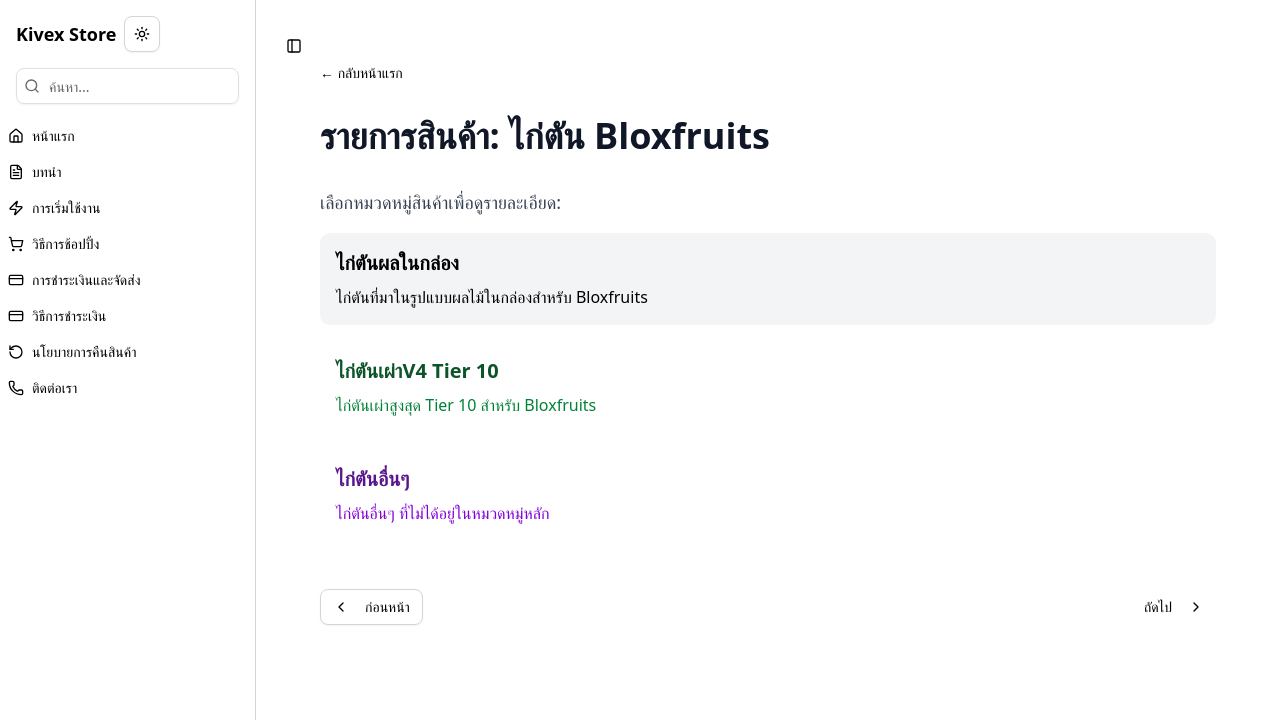
Repository: NUTellaVING/kivexdoc
Page: /shopping-methods
An editor plug-in stored every save of this project. The page is shown before and after a run of saves, followed by the edit.
The browser window is 1280 px wide. The pictures show the whole page.
The project was rebuilt for these pictures with package versions that can differ from the ones it lists, and the page was loaded fresh each time. The framework's server and built-in components were replaced by stand-ins that run in the browser. Also part of the build but not shown: next.config.ts, components/ui/separator.tsx, components/ui/skeleton.tsx. Imported but missing from the stored project, and not drawn on this page: components/ui/sheet.

Above is the page before, as saved 2025-12-06 16:18:46.

After the next 3 saves:
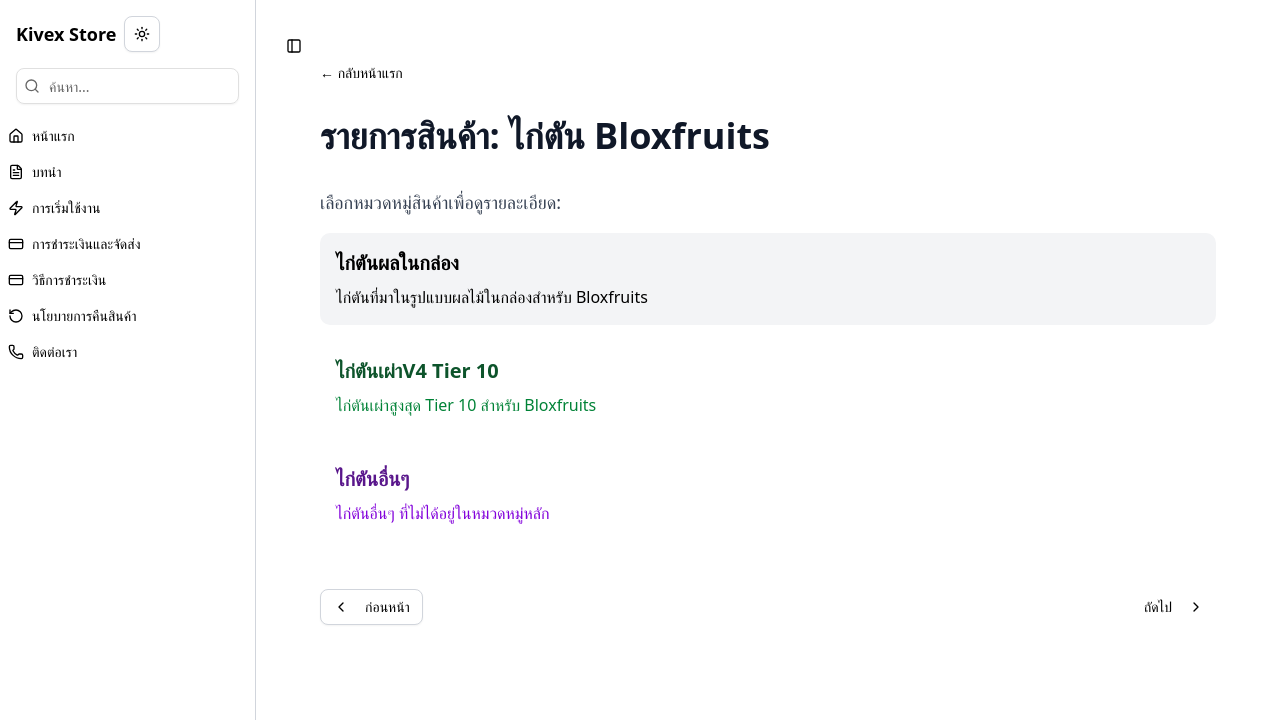
The 3 saves are shown as one change because they came seconds apart.
The last was saved 48 s later.
--- a/components/app-sidebar.tsx
+++ b/components/app-sidebar.tsx
@@ -1,14 +1,21 @@
 "use client"
 
-import { Search, FileText, Zap, ShoppingCart, CreditCard, RotateCcw, Mail, Phone, MessageSquare, Home as HomeIcon } from "lucide-react"
+import { Search, FileText, Zap, ShoppingCart, CreditCard, RotateCcw, Mail, Phone, MessageSquare, Home as HomeIcon, ChevronRight } from "lucide-react"
+import * as React from "react"
 
 import {
+  Collapsible,
+  CollapsibleContent,
+  CollapsibleTrigger,
   Sidebar,
   SidebarContent,
   SidebarHeader,
   SidebarMenu,
   SidebarMenuButton,
   SidebarMenuItem,
+  SidebarMenuSub,
+  SidebarMenuSubButton,
+  SidebarMenuSubItem,
 } from "@/components/ui/sidebar"
 import { Input } from "@/components/ui/input"
 import { ThemeToggle } from "@/components/theme-toggle"
@@ -30,11 +37,6 @@
     icon: Zap,
   },
   {
-    title: "วิธีการช้อปปิ้ง",
-    url: "/shopping-methods",
-    icon: ShoppingCart,
-  },
-  {
     title: "การชำระเงินและจัดส่ง",
     url: "/payment-shipping",
     icon: CreditCard,
@@ -53,6 +55,21 @@
     title: "ติดต่อเรา",
     url: "/contact",
     icon: Phone,
+  },
+]
+
+const productItems = [
+  {
+    title: "ไก่ตันผลในกล่อง",
+    url: "/shopping-methods/box",
+  },
+  {
+    title: "ไก่ตันเผ่าV4 Tier 10",
+    url: "/shopping-methods/v4-t10",
+  },
+  {
+    title: "ไก่ตันอื่นๆ",
+    url: "/shopping-methods/others",
   },
 ]
 
